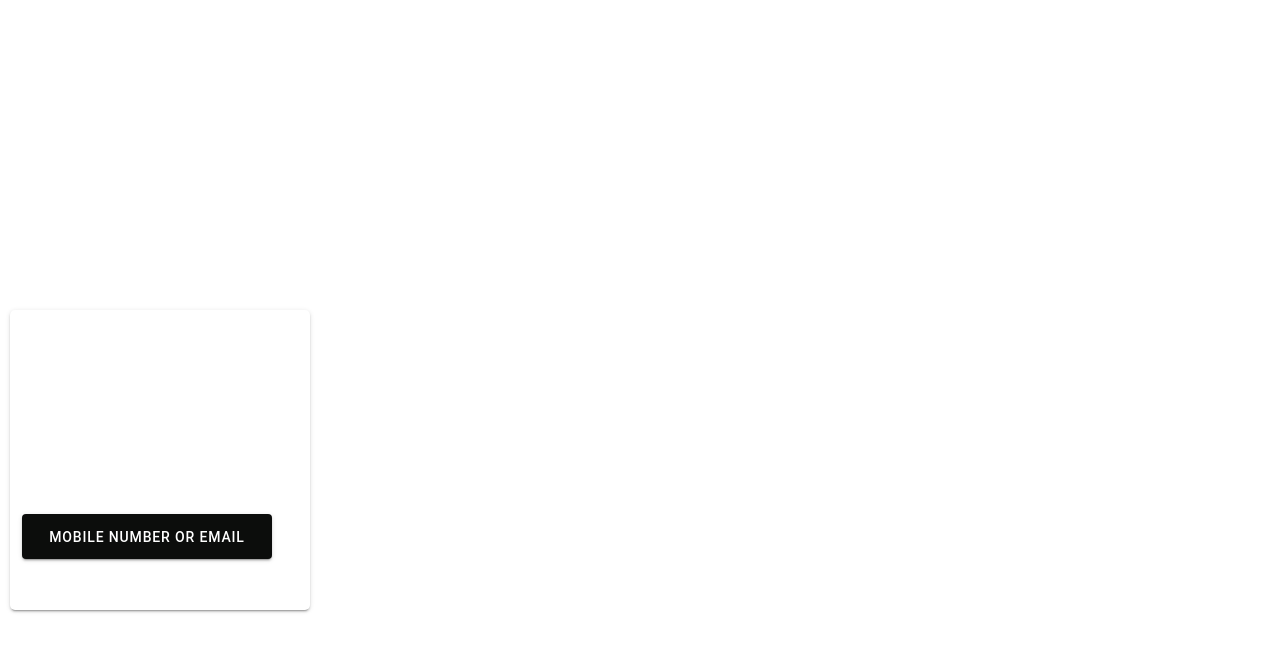
Repository: SrinivasSriniva/shoe-store
Page: /
An editor plug-in stored every save of this project. The page is shown before and after a run of saves, followed by the edit.
The browser window is 1280 px wide. The pictures show the whole page.
The project was rebuilt for these pictures with package versions that can differ from the ones it lists, and the page was loaded fresh each time.

Above is the page before, as saved 2022-06-30 20:38:58.

### src/pages/Home.tsx
import { IonButton, IonCard, IonCardContent, IonContent, IonHeader, IonPage, IonTitle, IonToolbar } from '@ionic/react';
import ExploreContainer from '../components/ExploreContainer';
import './Home.css';

const Home: React.FC = () => {
  return (
    <IonPage>
      <IonContent>
        <IonCard className='main-card'>
            <IonButton className='mob-num-email-btn' color="black"> Mobile Number or Email</IonButton>
        </IonCard>
      </IonContent>
    </IonPage>
  );
};

export default Home;

### src/theme/variables.css
/* Ionic Variables and Theming. For more info, please see:
http://ionicframework.com/docs/theming/ */

/** Ionic CSS Variables **/
:root {
  /** primary **/
  --ion-color-primary: #3880ff;
  --ion-color-primary-rgb: 56, 128, 255;
  --ion-color-primary-contrast: #ffffff;
  --ion-color-primary-contrast-rgb: 255, 255, 255;
  --ion-color-primary-shade: #3171e0;
  --ion-color-primary-tint: #4c8dff;

  /** secondary **/
  --ion-color-secondary: #3dc2ff;
  --ion-color-secondary-rgb: 61, 194, 255;
  --ion-color-secondary-contrast: #ffffff;
  --ion-color-secondary-contrast-rgb: 255, 255, 255;
  --ion-color-secondary-shade: #36abe0;
  --ion-color-secondary-tint: #50c8ff;

  /** tertiary **/
  --ion-color-tertiary: #5260ff;
  --ion-color-tertiary-rgb: 82, 96, 255;
  --ion-color-tertiary-contrast: #ffffff;
  --ion-color-tertiary-contrast-rgb: 255, 255, 255;
  --ion-color-tertiary-shade: #4854e0;
  --ion-color-tertiary-tint: #6370ff;

  /** success **/
  --ion-color-success: #2dd36f;
  --ion-color-success-rgb: 45, 211, 111;
  --ion-color-success-contrast: #ffffff;
  --ion-color-success-contrast-rgb: 255, 255, 255;
  --ion-color-success-shade: #28ba62;
  --ion-color-success-tint: #42d77d;

  /** warning **/
  --ion-color-warning: #ffc409;
  --ion-color-warning-rgb: 255, 196, 9;
  --ion-color-warning-contrast: #000000;
  --ion-color-warning-contrast-rgb: 0, 0, 0;
  --ion-color-warning-shade: #e0ac08;
  --ion-color-warning-tint: #ffca22;

  /** danger **/
  --ion-color-danger: #eb445a;
  --ion-color-danger-rgb: 235, 68, 90;
  --ion-color-danger-contrast: #ffffff;
  --ion-color-danger-contrast-rgb: 255, 255, 255;
  --ion-color-danger-shade: #cf3c4f;
  --ion-color-danger-tint: #ed576b;

  /** dark **/
  --ion-color-dark: #222428;
  --ion-color-dark-rgb: 34, 36, 40;
  --ion-color-dark-contrast: #ffffff;
  --ion-color-dark-contrast-rgb: 255, 255, 255;
  --ion-color-dark-shade: #1e2023;
  --ion-color-dark-tint: #383a3e;

  /** medium **/
  --ion-color-medium: #92949c;
  --ion-color-medium-rgb: 146, 148, 156;
  --ion-color-medium-contrast: #ffffff;
  --ion-color-medium-contrast-rgb: 255, 255, 255;
  --ion-color-medium-shade: #808289;
  --ion-color-medium-tint: #9d9fa6;

  /** light **/
  --ion-color-light: #f4f5f8;
  --ion-color-light-rgb: 244, 245, 248;
  --ion-color-light-contrast: #000000;
  --ion-color-light-contrast-rgb: 0, 0, 0;
  --ion-color-light-shade: #d7d8da;
  --ion-color-light-tint: #f5f6f9;
}

@media (prefers-color-scheme: dark) {
  /*
   * Dark Colors
   * -------------------------------------------
   */

  body {
    --ion-color-primary: #428cff;
    --ion-color-primary-rgb: 66,140,255;
    --ion-color-primary-contrast: #ffffff;
    --ion-color-primary-contrast-rgb: 255,255,255;
    --ion-color-primary-shade: #3a7be0;
    --ion-color-primary-tint: #5598ff;

    --ion-color-secondary: #50c8ff;
    --ion-color-secondary-rgb: 80,200,255;
    --ion-color-secondary-contrast: #ffffff;
    --ion-color-secondary-contrast-rgb: 255,255,255;
    --ion-color-secondary-shade: #46b0e0;
    --ion-color-secondary-tint: #62ceff;

    --ion-color-tertiary: #6a64ff;
    --ion-color-tertiary-rgb: 106,100,255;
    --ion-color-tertiary-contrast: #ffffff;
    --ion-color-tertiary-contrast-rgb: 255,255,255;
    --ion-color-tertiary-shade: #5d58e0;
    --ion-color-tertiary-tint: #7974ff;

    --ion-color-success: #2fdf75;
    --ion-color-success-rgb: 47,223,117;
    --ion-color-success-contrast: #000000;
    --ion-color-success-contrast-rgb: 0,0,0;
    --ion-color-success-shade: #29c467;
    --ion-color-success-tint: #44e283;

    --ion-color-warning: #ffd534;
    --ion-color-warning-rgb: 255,213,52;
    --ion-color-warning-contrast: #000000;
    --ion-color-warning-contrast-rgb: 0,0,0;
    --ion-color-warning-shade: #e0bb2e;
    --ion-color-warning-tint: #ffd948;

    --ion-color-danger: #ff4961;
    --ion-color-danger-rgb: 255,73,97;
    --ion-color-danger-contrast: #ffffff;
    --ion-color-danger-contrast-rgb: 255,255,255;
    --ion-color-danger-shade: #e04055;
    --ion-color-danger-tint: #ff5b71;

    --ion-color-dark: #f4f5f8;
    --ion-color-dark-rgb: 244,245,248;
    --ion-color-dark-contrast: #000000;
    --ion-color-dark-contrast-rgb: 0,0,0;
    --ion-color-dark-shade: #d7d8da;
    --ion-color-dark-tint: #f5f6f9;

    --ion-color-medium: #989aa2;
    --ion-color-medium-rgb: 152,154,162;
    --ion-color-medium-contrast: #000000;
    --ion-color-medium-contrast-rgb: 0,0,0;
    --ion-color-medium-shade: #86888f;
    --ion-color-medium-tint: #a2a4ab;

    --ion-color-light: #222428;
    --ion-color-light-rgb: 34,36,40;
    --ion-color-light-contrast: #ffffff;
    --ion-color-light-contrast-rgb: 255,255,255;
    --ion-color-light-shade: #1e2023;
    --ion-color-light-tint: #383a3e;
  }

  /*
   * iOS Dark Theme
   * -------------------------------------------
   */

  .ios body {
    --ion-background-color: #000000;
    --ion-background-color-rgb: 0,0,0;

    --ion-text-color: #ffffff;
    --ion-text-color-rgb: 255,255,255;

    --ion-color-step-50: #0d0d0d;
    --ion-color-step-100: #1a1a1a;
    --ion-color-step-150: #262626;
    --ion-color-step-200: #333333;
    --ion-color-step-250: #404040;
    --ion-color-step-300: #4d4d4d;
    --ion-color-step-350: #595959;
    --ion-color-step-400: #666666;
    --ion-color-step-450: #737373;
    --ion-color-step-500: #808080;
    --ion-color-step-550: #8c8c8c;
    --ion-color-step-600: #999999;
    --ion-color-step-650: #a6a6a6;
    --ion-color-step-700: #b3b3b3;
    --ion-color-step-750: #bfbfbf;
    --ion-color-step-800: #cccccc;
    --ion-color-step-850: #d9d9d9;
    --ion-color-step-900: #e6e6e6;
    --ion-color-step-950: #f2f2f2;

    --ion-item-background: #000000;

    --ion-card-background: #1c1c1d;
  }

  .ios ion-modal {
    --ion-background-color: var(--ion-color-step-100);
    --ion-toolbar-background: var(--ion-color-step-150);
    --ion-toolbar-border-color: var(--ion-color-step-250);
  }


  /*
   * Material Design Dark Theme
   * -------------------------------------------
   */

  .md body {
    --ion-background-color: #121212;
    --ion-background-color-rgb: 18,18,18;

    --ion-text-color: #ffffff;
    --ion-text-color-rgb: 255,255,255;

    --ion-border-color: #222222;

    --ion-color-step-50: #1e1e1e;
    --ion-color-step-100: #2a2a2a;
    --ion-color-step-150: #363636;
    --ion-color-step-200: #414141;
    --ion-color-step-250: #4d4d4d;
    --ion-color-step-300: #595959;
    --ion-color-step-350: #656565;
    --ion-color-step-400: #717171;
    --ion-color-step-450: #7d7d7d;
    --ion-color-step-500: #898989;
    --ion-color-step-550: #949494;
    --ion-color-step-600: #a0a0a0;
    --ion-color-step-650: #acacac;
    --ion-color-step-700: #b8b8b8;
    --ion-color-step-750: #c4c4c4;
    --ion-color-step-800: #d0d0d0;
    --ion-color-step-850: #dbdbdb;
    --ion-color-step-900: #e7e7e7;
    --ion-color-step-950: #f3f3f3;

    --ion-item-background: #1e1e1e;

    --ion-toolbar-background: #1f1f1f;

    --ion-tab-bar-background: #1f1f1f;

    --ion-card-background: #1e1e1e;
  }
}
:root {
	--ion-color-black: #0c0d0c;
	--ion-color-black-rgb: 12,13,12;
	--ion-color-black-contrast: #ffffff;
	--ion-color-black-contrast-rgb: 255,255,255;
	--ion-color-black-shade: #0b0b0b;
	--ion-color-black-tint: #242524;
}

.ion-color-black {
	--ion-color-base: var(--ion-color-black);
	--ion-color-base-rgb: var(--ion-color-black-rgb);
	--ion-color-contrast: var(--ion-color-black-contrast);
	--ion-color-contrast-rgb: var(--ion-color-black-contrast-rgb);
	--ion-color-shade: var(--ion-color-black-shade);
	--ion-color-tint: var(--ion-color-black-tint);
}

### src/pages/Home.css
.main-card{
    top: 300px;
    width: 300px;
    height: 300px;
    border-radius: 5px;
}
.mob-num-email-btn{
    position: relative;
    top: 200px;
    left: 10px;
    width: 250px!important;
    height: 45px;
    border-radius: 5px;
}

Loaded but not shown: public/index.html (common file); src/index.tsx (common file); src/App.tsx (common file); src/serviceWorkerRegistration.ts (common file); src/reportWebVitals.ts (common file)

After the next 2 saves:
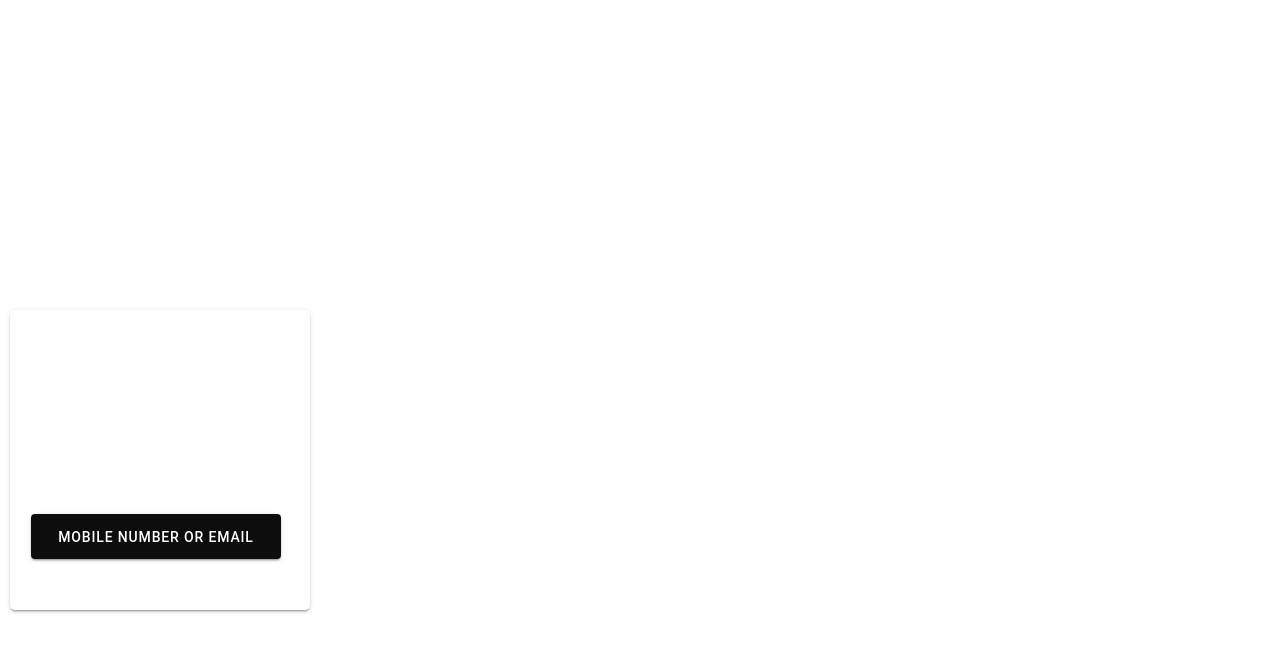
The 2 saves are shown as one change because they came seconds apart.
The last was saved 7 s later.
--- a/src/pages/Home.css
+++ b/src/pages/Home.css
@@ -7,7 +7,7 @@
 .mob-num-email-btn{
     position: relative;
     top: 200px;
-    left: 10px;
+    left: 19px;
     width: 250px!important;
     height: 45px;
     border-radius: 5px;
